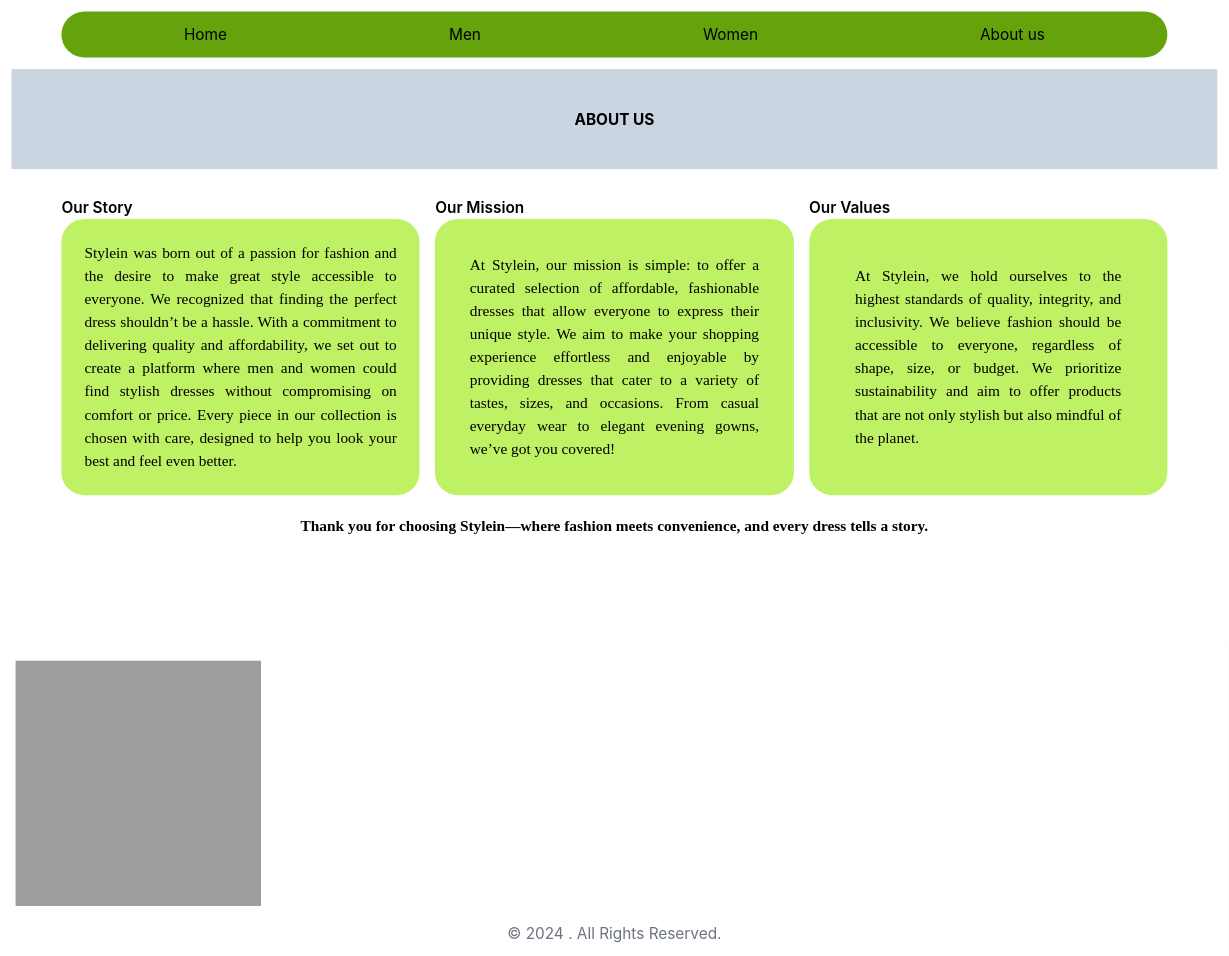
Repository: Mohankkanth/StyleIn_ShoppingSite
Page: /AboutUs
An editor plug-in stored every save of this project. The page is shown before and after the next save, followed by the edit.
The browser window is 1280 px wide. The pictures show the whole page, at 96% of full size.
Pictures or frames that could not be fetched are drawn as grey boxes. The project was rebuilt for these pictures with package versions that can differ from the ones it lists, and the page was loaded fresh each time. Also part of the build but not shown: vite.config.js, src/component/Home/Home.jsx, src/component/api/MenProducts.jsx, src/component/Men/Men.jsx, src/component/Women/Women.jsx, src/component/api/KidsProducts.jsx, src/component/Kids/Kids.jsx, src/component/Errorpage/Errorpage.jsx and 18 more.

Above is the page before, as saved 2024-11-23 14:05:22.

After the next save:
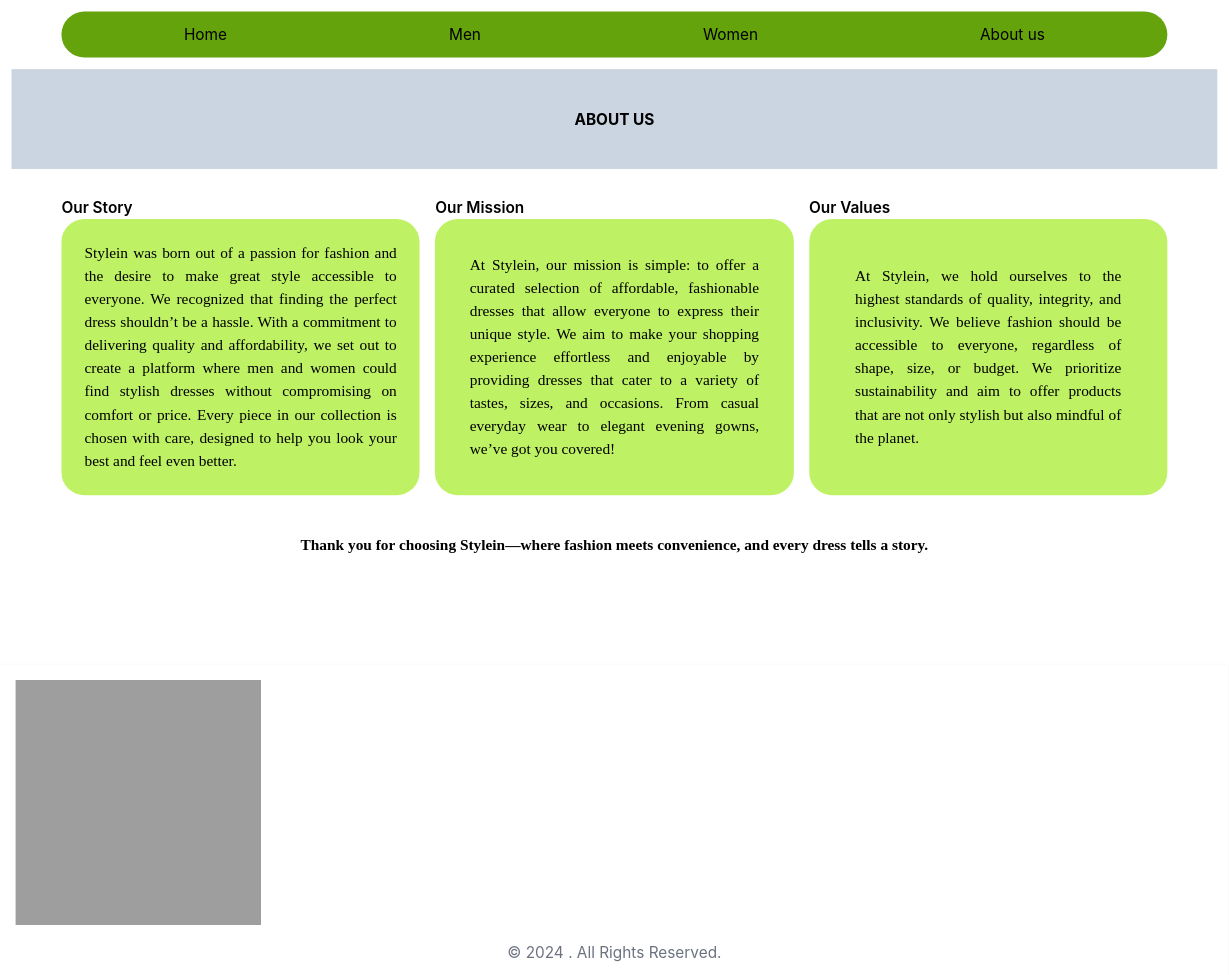
Saved 12 s later.
--- a/src/component/AboutUs/Aboutus.jsx
+++ b/src/component/AboutUs/Aboutus.jsx
@@ -26,7 +26,7 @@
                     </div>
                 </div>
 
-                <p className='font-bold text-center mt-5 font-[Raleway]'>Thank you for choosing Stylein—where fashion meets convenience, and every dress tells a story.</p>
+                <p className='font-bold text-center mt-10 font-[Raleway]'>Thank you for choosing Stylein—where fashion meets convenience, and every dress tells a story.</p>
             </div>
 
         </>
